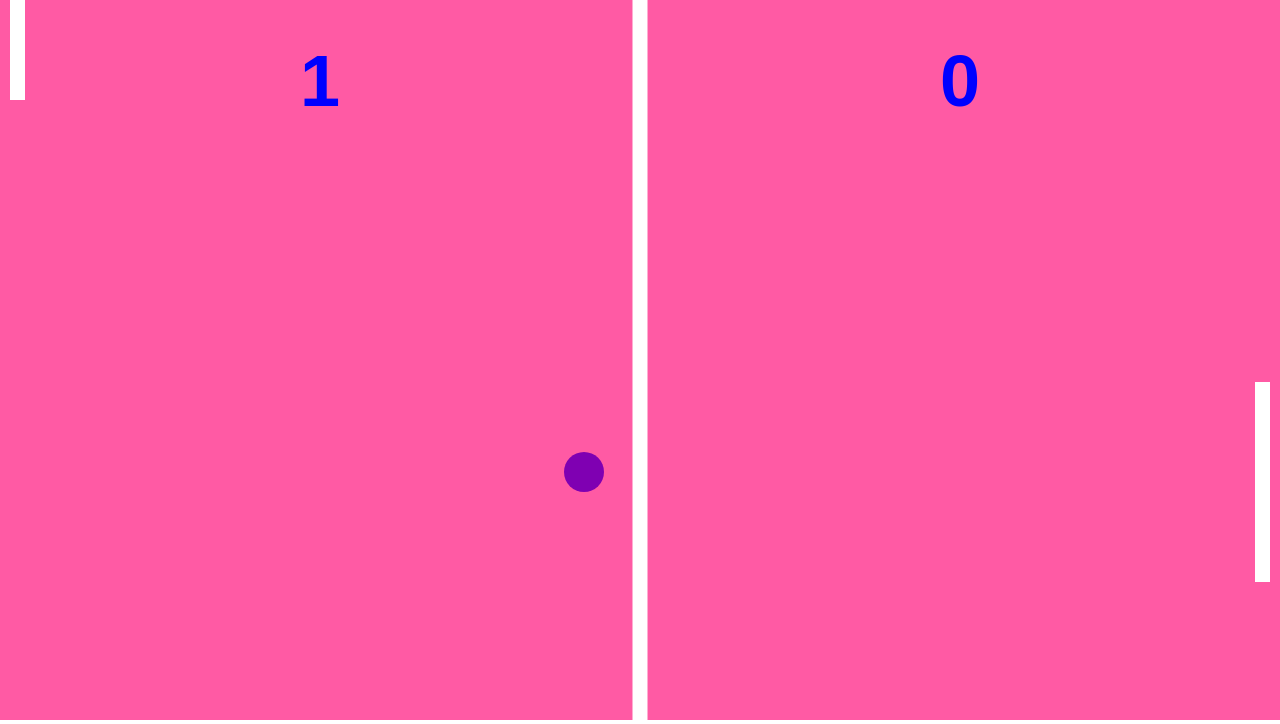
Repository: AkirahCarvalho/ping_pong
Page: index.html
The author's editor kept a copy of each file at every save. The page is drawn from the files as they stood at one save, then again after the next save.
The browser window is 1280 px wide. The pictures show the whole page.

Above is the page before, as saved 2024-04-02 16:18:25.

After the next save:
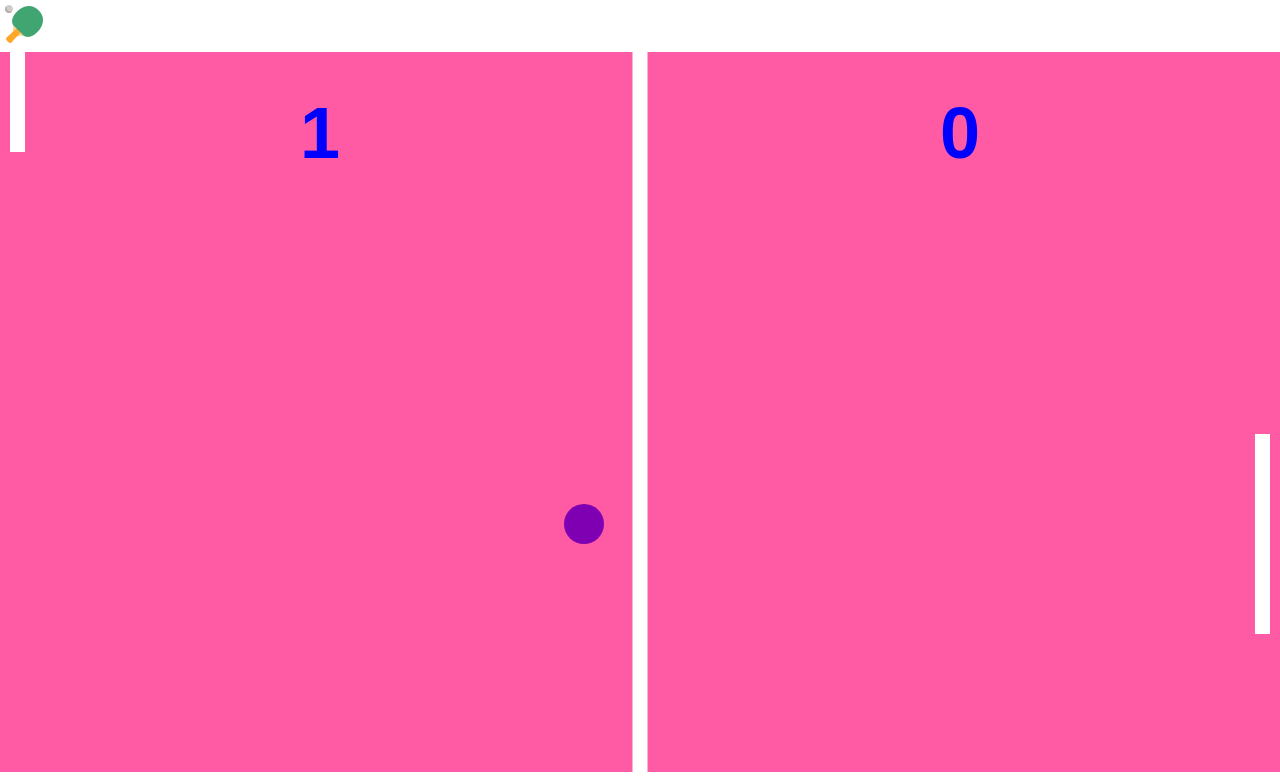
Saved 10 s later.
--- a/index.html
+++ b/index.html
@@ -8,7 +8,7 @@
     <meta name="viewport" content="width=device-width, initial-scale=1.0" />
 
     <title>Jogo Ping-Pong</title>
-    <icon rel="icon" src="imagem.png" alt="imagem">
+    <img rel="icon" src="imagem.png" alt="imagem">
     <!-- <link img src="https://png.pngtree.com/png-vector/20220609/ourmid/pngtree-table-tennis-rackets-with-balls-isolated-on-white-background-png-image_4833647.png" alt="raquete"> -->
     <style>
       * {
